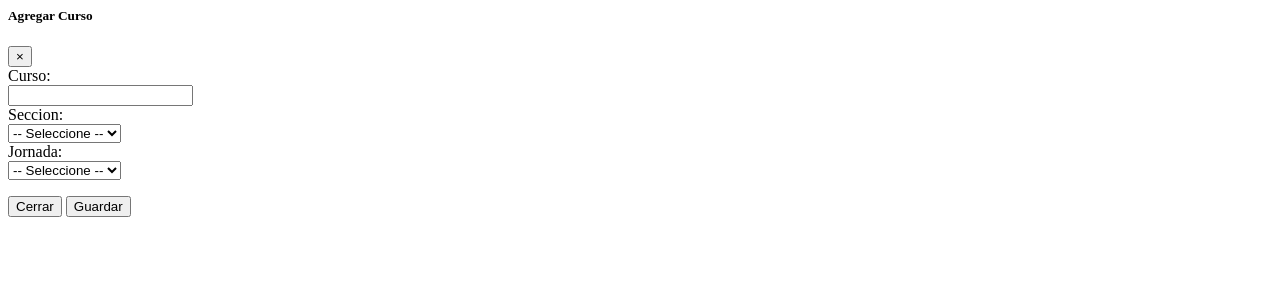
Repository: roberthcobena/Php
Page: http://localhost/modelos/modals/curso-new.php
These files come from the project's save history. The page is drawn as it stood at one moment and after the next save; the edit follows.
The browser window is 1280 px wide. The pictures show the whole page.
The page is run by PHP 8.4 with error messages shown; the project is at /var/www/html/.

Above is the page before, as saved 2020-06-22 21:18:52.

After the next save:
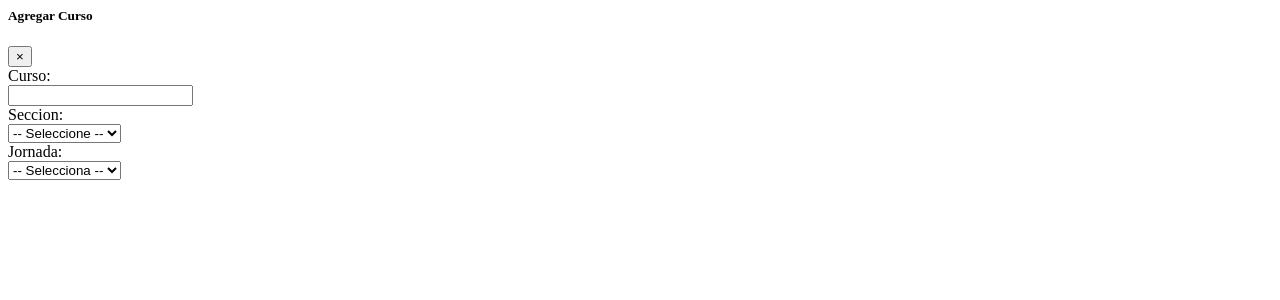
Saved 84 s later.
--- a/Educativa/modelos/modals/curso-new.php
+++ b/Educativa/modelos/modals/curso-new.php
@@ -32,10 +32,14 @@
                         <label for="jornada" class="col-sm-3 text-right control-label col-form-label">Jornada: </label>
                         <div class="col-sm-9">
                             <select class="form-control" id="jornada" name="jornada" data-validation="required" data-validation-error-msg="Seleccione una jornada para el curso" required>
-                                <option value="">-- Seleccione --</option>
-                                <option value=1>Matutina</option>
-                                <option value=2>Vespertina</option>
-                                <option value=3>Nocturna</option>
+                                <option value="">-- Selecciona --</option>
+                                <?php
+                                    $sql = "SELECT a.id_actividad, a.titulo FROM tbl_fases f , tbl_actividades a WHERE f.proyecto_relacionado = $id_proy AND a.fase_relac = f.id_fases AND f.estado=1";
+                                    $result = $con->query($sql);
+                                    while ($row = $result->fetch_array()) {
+                                        echo "<option value='" . $row[0] . "'>" . htmlspecialchars($row[1], ENT_QUOTES, 'UTF-8') . "</option>";
+                                    } // while
+                                    ?>
                             </select>
                         </div>
                     </div>
